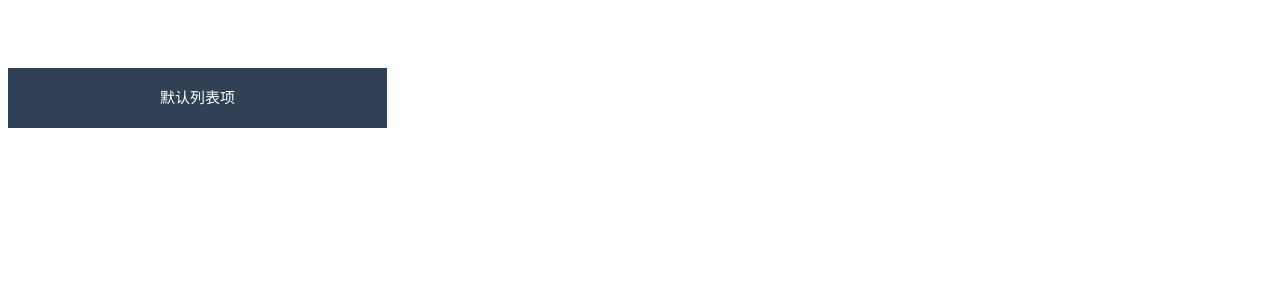
Repository: shandamengcheng/graduate-project
Page: /home
The author's editor kept a copy of each file at every save. The page is drawn from the files as they stood at one save, then again after the next save.
The browser window is 1280 px wide. The pictures show the whole page.
The project was rebuilt for these pictures with package versions that can differ from the ones it lists, and the page was loaded fresh each time. Also part of the build but not shown: src/views/Login.vue.

Above is the page before, as saved 2021-03-10 22:40:54.

After the next save:
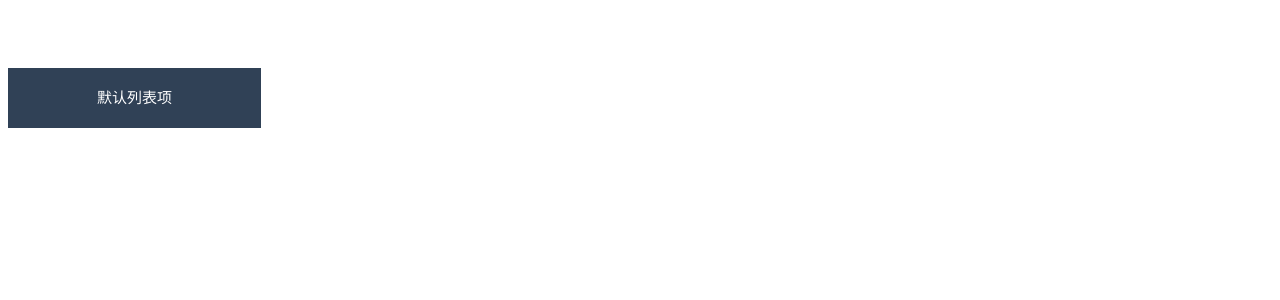
Saved 10 s later.
--- a/src/views/SideBar.vue
+++ b/src/views/SideBar.vue
@@ -17,7 +17,7 @@ export default {
 
 <style scoped>
 .sidebar {
-  width: 30%;
+  width: 20%;
   min-width: 200px;
   background: #304156;
   color: white;
